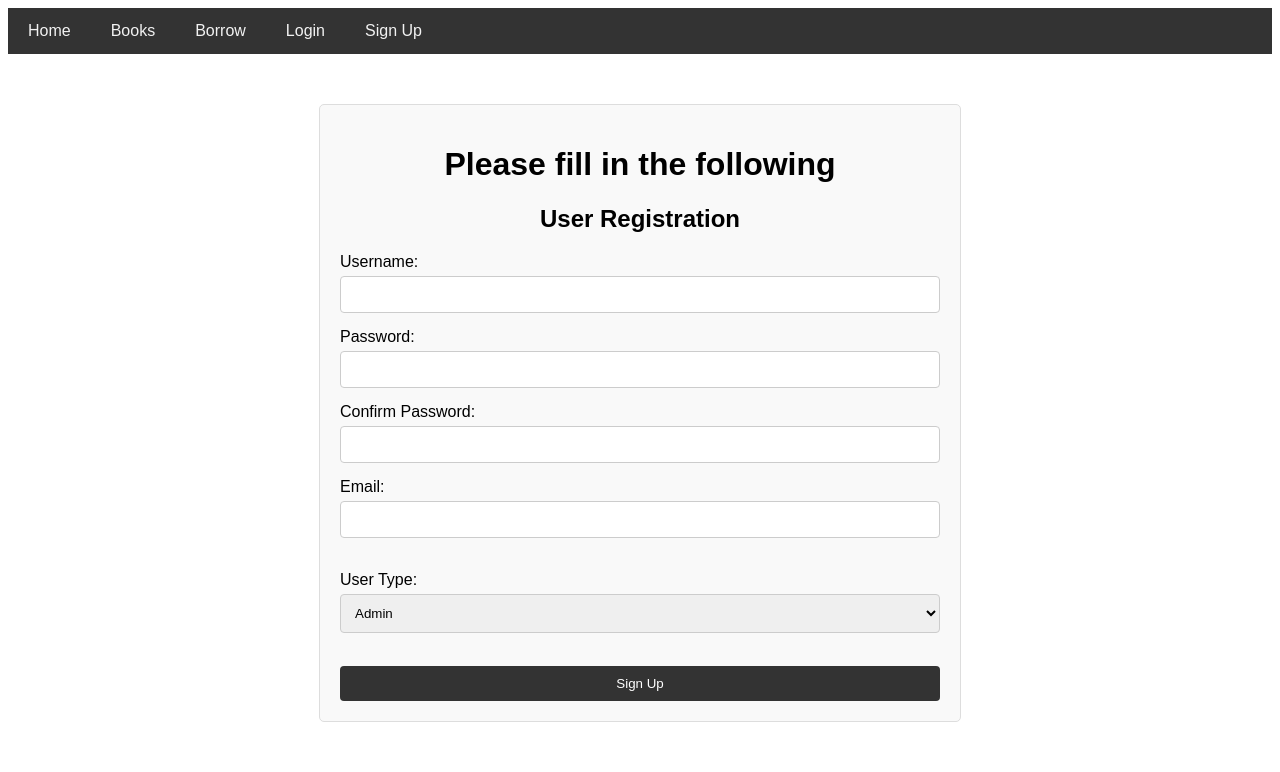
Repository: fadyesk12/Web-Technology-Course-Project
Page: auth/signup.html
An editor plug-in stored every save of this project. The page is shown before and after the next save, followed by the edit.
The browser window is 1280 px wide. The pictures show the whole page.

Above is the page before, as saved 2024-04-19 02:22:35.

### auth/signup.html
<!DOCTYPE html>
<html>
<head>
  <title>User Registration</title>
  <link rel="stylesheet" href="../Styling/signup.css">
</head>
<body>


  <div id="navbar">
    <a href="../index.html">Home</a>
    <a href="../book_list.html">Books</a>
    <a href="../borrow.html">Borrow</a>
    <a href="../auth/login.html">Login</a>
    <a href="../auth/signup.html">Sign Up</a>
  </div>

  <div class="container">
    <h1>Please fill in the following</h1>
    <h2>User Registration</h2>

    <form>
      <div class="form-group">
        <label for="username">Username:</label>
        <input type="text" id="username" name="username" required>
      </div>
      <div class="form-group">
        <label for="password">Password:</label>
        <input type="password" id="password" name="password" required>
      </div>
      <div class="form-group">
        <label for="confirmPassword">Confirm Password:</label>
        <input type="password" id="confirmPassword" name="confirmPassword" required>
      </div>

        <label for="email">Email:</label>
        <input type="email" id="email" name="email" required><br><br>

        <label for="usertype">User Type:</label>
        <select id="usertype" name="usertype" required>
            <option value="admin">Admin</option>
            <option value="user">User</option>
        </select><br><br>

        <input type="submit" value="Sign Up">
    </form>
  </div>
</body>
</html>

### Styling/signup.css
#navbar {
    overflow: hidden;
    background-color: #333;
  }

  #navbar a {
    float: left;
    display: block;
    color: #f2f2f2;
    text-align: center;
    padding: 14px 20px;
    text-decoration: none;
  }

  #navbar a:hover {
    background-color: #ddd;
    color: black;
  }

  body {
    font-family: Arial, sans-serif;
  }

  .container {
    max-width: 600px;
    margin: 50px auto;
    padding: 20px;
    border: 1px solid #ddd;
    border-radius: 5px;
    background-color: #f9f9f9;
  }

  h1, h2 {
    text-align: center;
  }

  form {
    margin-top: 20px;
  }

  label {
    display: block;
    margin-bottom: 5px;
  }

  input[type="text"],
  input[type="password"],
  input[type="email"],
  select {
    width: 100%;
    padding: 10px;
    margin-bottom: 15px;
    border: 1px solid #ccc;
    border-radius: 4px;
    box-sizing: border-box;
  }

  input[type="submit"] {
    width: 100%;
    background-color: #333;
    color: #fff;
    padding: 10px;
    border: none;
    border-radius: 4px;
    cursor: pointer;
  }

  input[type="submit"]:hover {
    background-color: #555;
  }

After the next save:
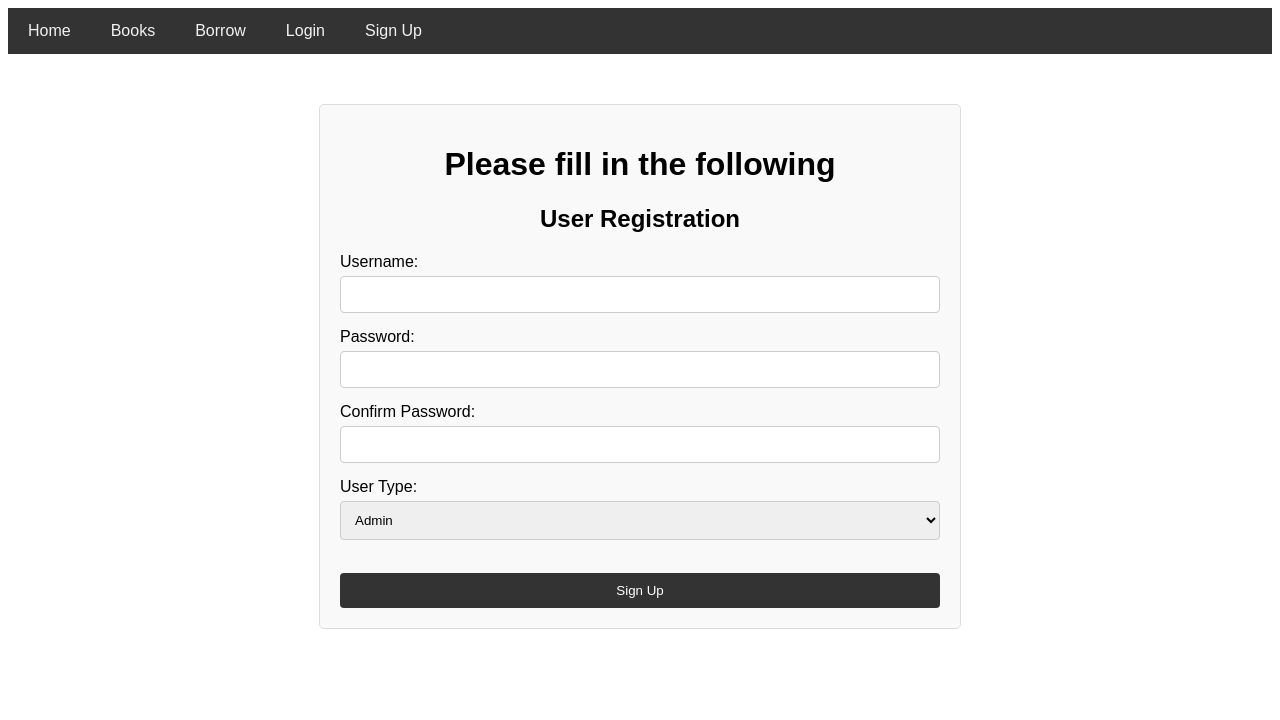
Saved 5 s later.
--- a/auth/signup.html
+++ b/auth/signup.html
@@ -33,8 +33,7 @@
         <input type="password" id="confirmPassword" name="confirmPassword" required>
       </div>
 
-        <label for="email">Email:</label>
-        <input type="email" id="email" name="email" required><br><br>
+
 
         <label for="usertype">User Type:</label>
         <select id="usertype" name="usertype" required>
